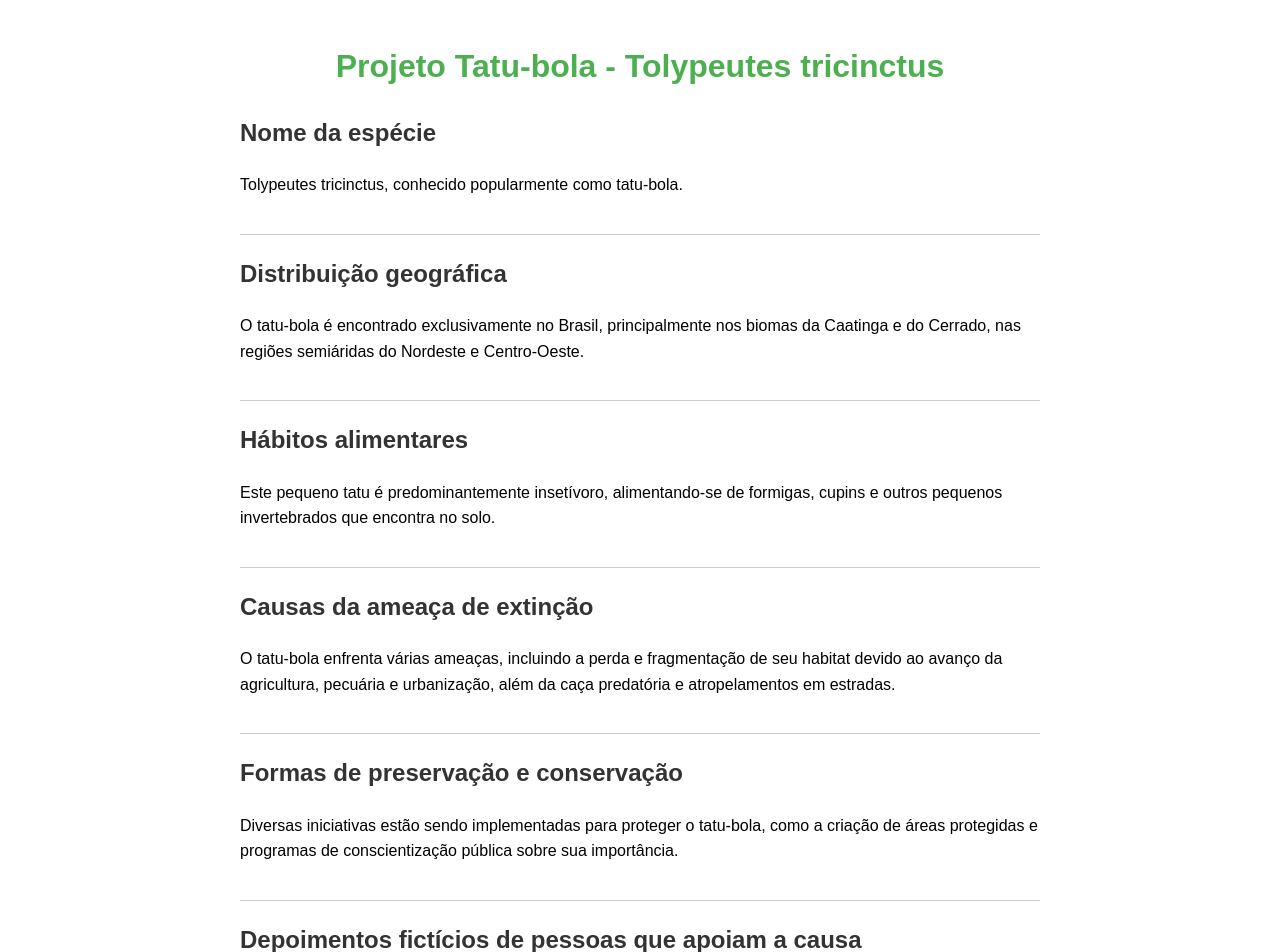
Repository: Gabrielb0rn/Tatu-bola.io
Page: index.html
These files come from the project's save history. The page is drawn as it stood at one moment and after the next save; the edit follows.
The browser window is 1280 px wide. The pictures show the part of the page from y = 0 to 952 px (the page is 1566 px tall before and 1812 px after).
A picture or video elsewhere on the page could not be fetched, so the positions and the page height are approximate.

Above is the page before, as saved 2024-06-19 08:26:16.

After the next save:
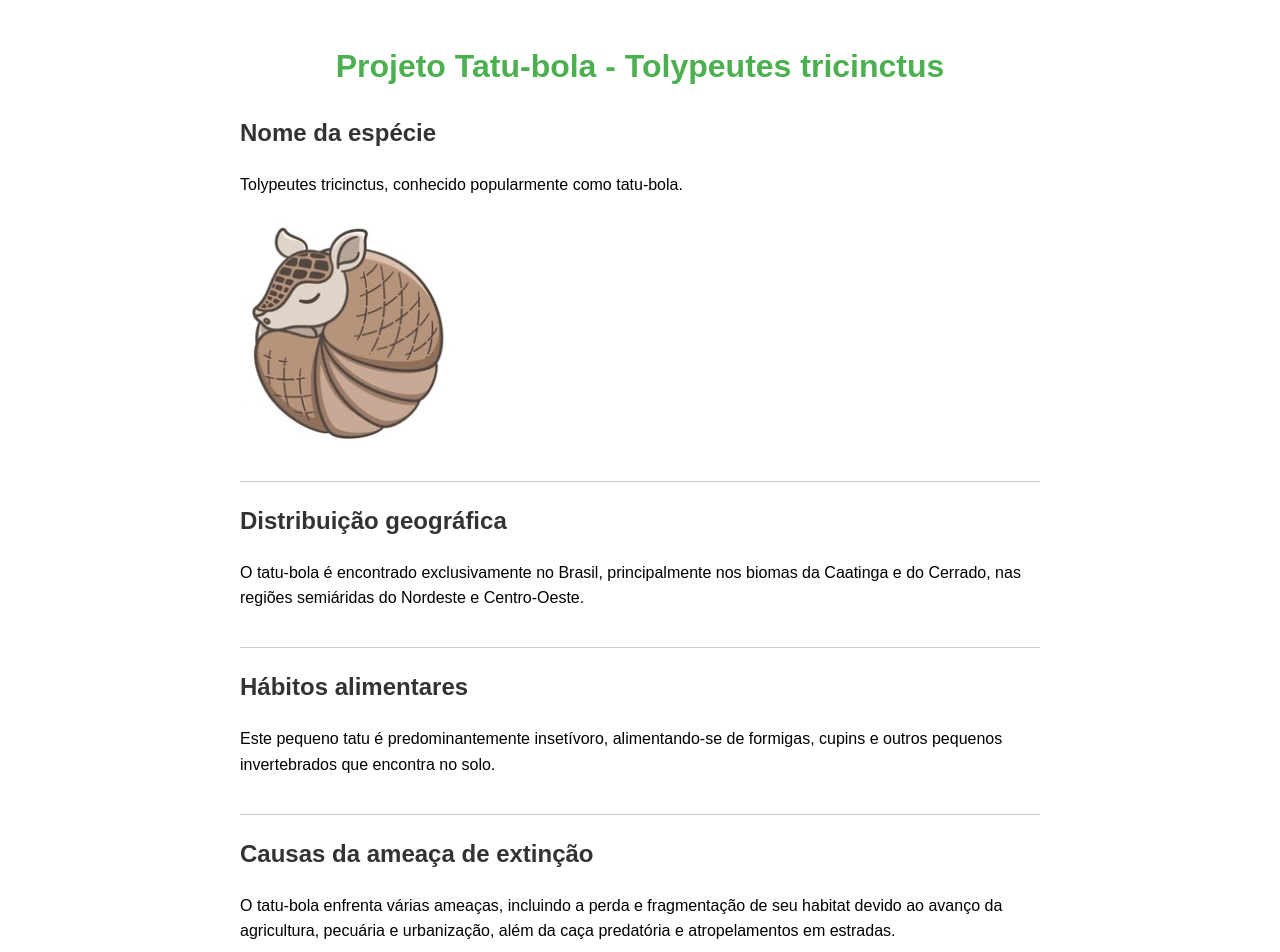
Saved 6 min 19 s later.
--- a/index.html
+++ b/index.html
@@ -15,6 +15,7 @@
         <section class="content">
             <h2>Nome da espécie</h2>
             <p>Tolypeutes tricinctus, conhecido popularmente como tatu-bola.</p>
+            <img src="resources\intro\tatu-bola.jpg" alt="">
         </section>
 
         <section class="content">
